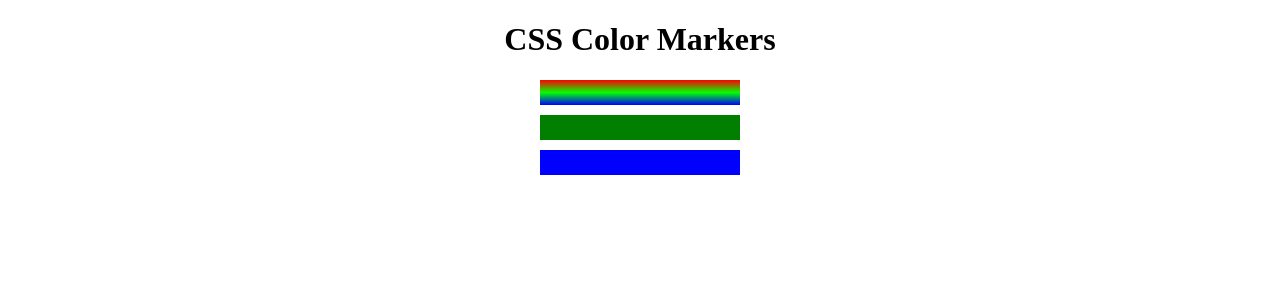
Repository: AimenDje/ColoredMarkers
Page: index.html
An editor plug-in stored every save of this project. The page is shown before and after the next save, followed by the edit.
The browser window is 1280 px wide. The pictures show the whole page.

Above is the page before, as saved 2025-05-09 01:37:49.

After the next save:
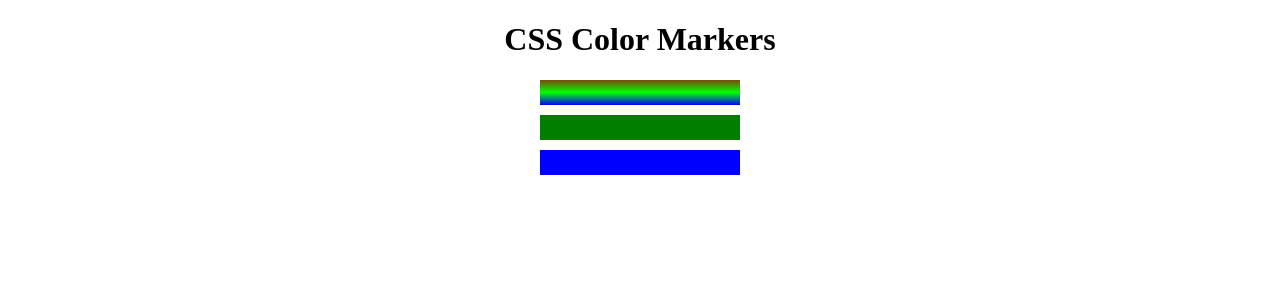
Saved 48 s later.
--- a/styles.css
+++ b/styles.css
@@ -9,7 +9,7 @@
   }
 
 .red {
-  background: linear-gradient(180deg, rgb(255, 0, 0) 0%, rgb(0, 255, 0) 50%, rgb(0, 0, 255)100%);
+  background: linear-gradient(180deg, rgb(122, 74, 14) 0%, rgb(0, 255, 0) 50%, rgb(0, 0, 255) 100%);
 }
 
 .green {
